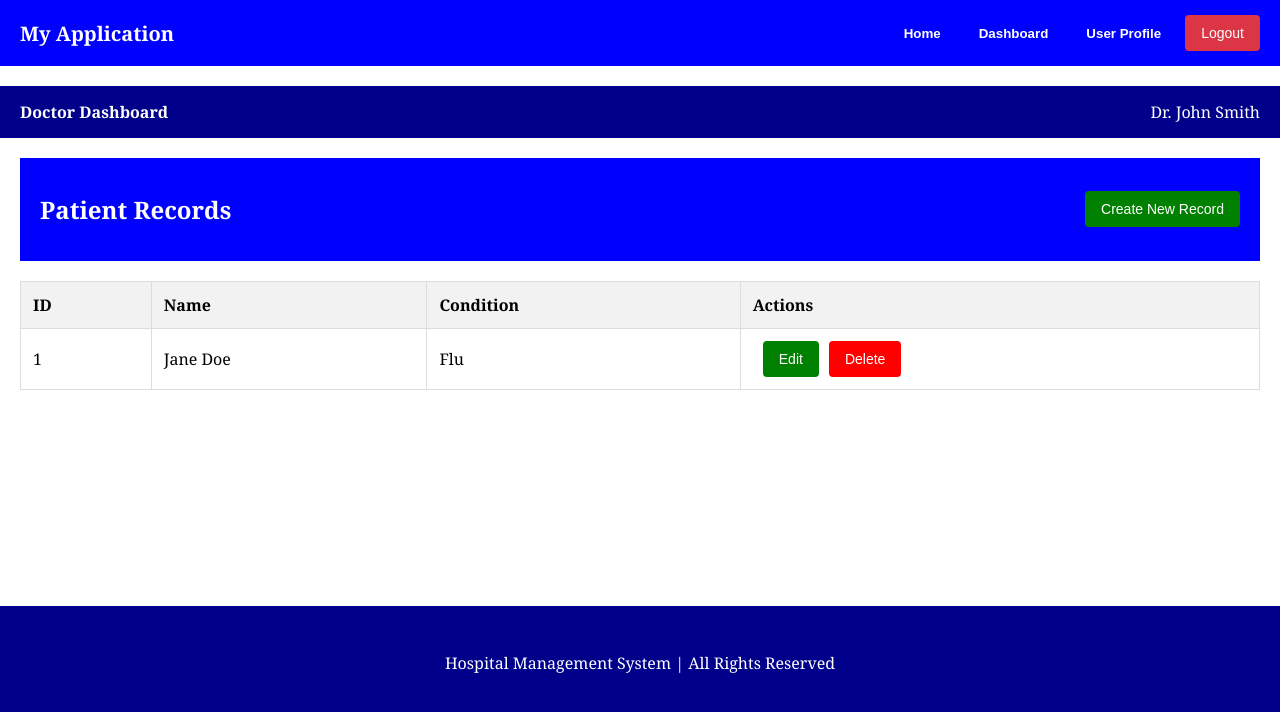
Repository: BinuriJ/HospitalSystem
Page: http://localhost/CyborgSys/DoctorDashboard.jsp
An editor plug-in stored every save of this project. The page is shown before and after the next save, followed by the edit.
The browser window is 1280 px wide. The pictures show the whole page.
The page is served by Tomcat 9.

Above is the page before, as saved 2025-05-09 17:50:04.

### CyborgSys/WebContent/DoctorDashboard.jsp
<%@ page language="java" contentType="text/html; charset=UTF-8" pageEncoding="UTF-8"%>
<%@ include file="DocterDashboardstyles.jsp" %>
<!DOCTYPE html>
<html>
<head>
    <meta charset="UTF-8">
    <title>Doctor Dashboard</title>
    <style>
    	<jsp:include page="footerCss.jsp" />
    </style>
</head>
<body>

<jsp:include page="header.jsp" />

<div class="top-bar">
    <div><strong>Doctor Dashboard</strong></div>
    <div>
        <span>Dr. John Smith</span>
    </div>
</div>



<div class="container">
    <div class="header">
        <h2>Patient Records</h2>
        <button class="btn btn-create">Create New Record</button>
    </div>

    <table>
        <thead>
            <tr>
                <th>ID</th>
                <th>Name</th>
                <th>Condition</th>
                <th>Actions</th>
            </tr>
        </thead>
        <tbody>
            <tr>
                <td>1</td>
                <td>Jane Doe</td>
                <td>Flu</td>
                <td>
                    <div class="actions">
                    	<br>
                        <button class="btn btn-edit">Edit</button>
                        <button class="btn btn-delete">Delete</button>
                    </div>
                </td>
            </tr>
        </tbody>
    </table>
</div>

 <!-- Include the footer -->
        <jsp:include page="footer.jsp" />

</body>
</html>

### CyborgSys/WebContent/DocterDashboardstyles.jsp
<style>
body {
    font-family: Cambria, sans-serif;
    margin: 0;
    background-color: white;
}

.top-bar {
    background-color: darkblue;
    color: white;
    padding: 15px 20px;
    display: flex;
    justify-content: space-between;
    align-items: center;
}

.container {
    padding: 20px;
}

.header {
    display: flex;
    justify-content: space-between;
    align-items: center;
    margin-bottom: 20px;
}

.btn {
    padding: 10px 16px;
    border: none;
    border-radius: 4px;
    cursor: pointer;
    font-size: 14px;
}

.btn-create {
    background-color: green;
    color: white;
}

.btn-edit {
    background-color: green;
    color: white;
}

.btn-delete {
    background-color: red;
    color: white;
}


table {
    width: 100%;
    border-collapse: collapse;
    background-color: white;
}

th, td {
    border: 1px solid #ddd;
    padding: 12px;
    text-align: left;
}

th {
    background-color: #f2f2f2;
}

.actions {
    display: flex;
    gap: 10px;
}
</style>

### CyborgSys/WebContent/footerCss.jsp
<style>

html, body {
    height: 100%; /* Make the html and body take full height of the viewport */
}

body {
    display: flex;
    flex-direction: column; /* Use flexbox to arrange content vertically */
    min-height: 100vh; /* Make body take the full height of the viewport */
}

.container {
    flex: 1; /* Let the main content expand to fill the available space */
}

footer {
    background-color: darkblue; /* Dark background for the footer */
    color: white; /* White text */
    padding: 10px 0; /* Padding for the footer */
    text-align: center; /* Center the footer text */
}

</style>

### CyborgSys/WebContent/header.jsp
<%@ page language="java" contentType="text/html; charset=UTF-8" pageEncoding="UTF-8"%>
<%@ include file="HeaderCss.jsp" %>
<!DOCTYPE html>
<html>
<head>
  <meta charset="UTF-8">
  <title>Common Header</title>
</head>
<body>

<div class="header">
  <div class="logo">My Application</div>
  <div class="nav-buttons">
    <button class="header-btn">Home</button>
    <button class="header-btn">Dashboard</button>
    <button class="header-btn">User Profile</button>
    <button class="btn btn-logout">Logout</button>
  </div>
</div>

</body>
</html>

### CyborgSys/WebContent/HeaderCss.jsp
<style>
body {
  margin: 0;
  font-family: Cambria, sans-serif;
}

.header {
  background-color: blue;
  padding: 15px 20px;
  display: flex;
  justify-content: space-between;
  align-items: center;
  color: white;
}

.logo {
  font-size: 20px;
  font-weight: bold;
}

.nav-buttons {
  display: flex;
  gap: 10px;
}

.header-btn {
  background-color: blue;
  color: white;
  border: none;
  padding: 8px 14px;
  border-radius: 4px;
  cursor: pointer;
  font-weight: bold;
}

.btn:hover {
  background-color: darkblue;
}

.btn-logout {
  background-color: #dc3545;
  color: white;
}

.btn-logout:hover {
  background-color: #c82333;
}
</style>

### CyborgSys/WebContent/footer.jsp
<!-- footer.jsp -->
<footer class="bg-dark text-light py-3">
    <div class="container text-center">
        <p>Hospital Management System | All Rights Reserved</p>
    </div>
</footer>

After the next save:
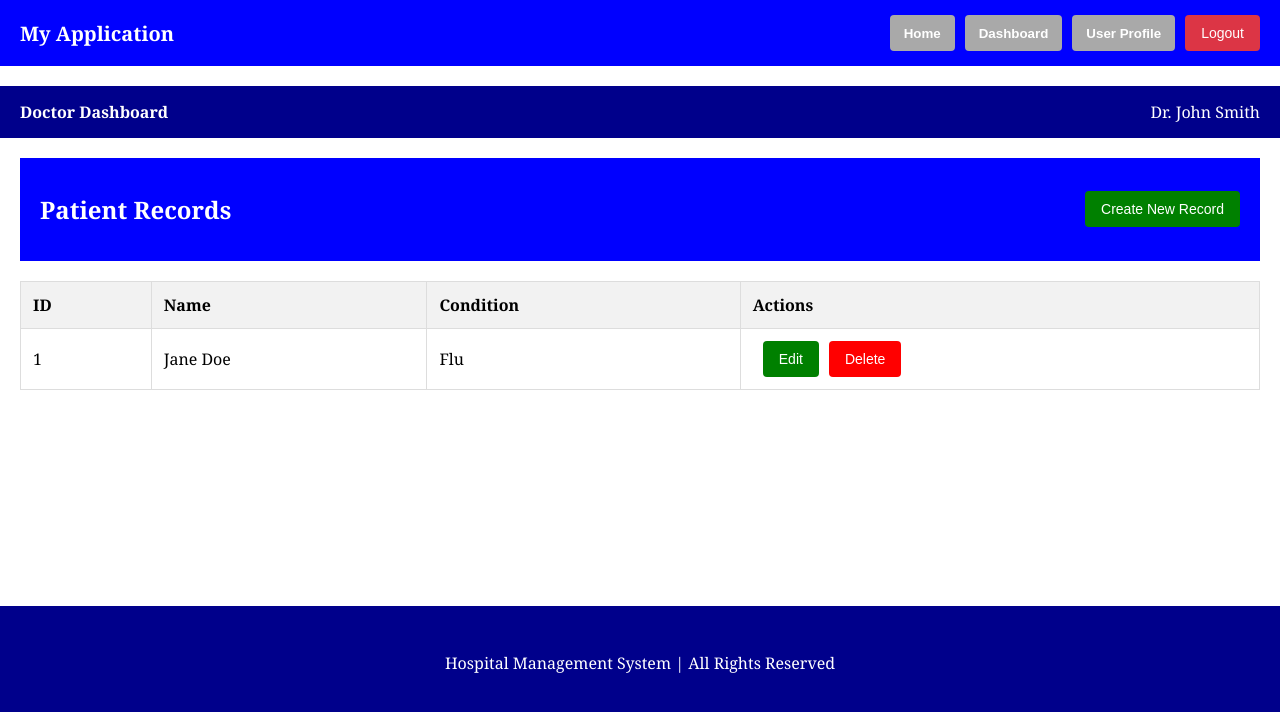
Saved 36 s later.
--- a/CyborgSys/WebContent/HeaderCss.jsp
+++ b/CyborgSys/WebContent/HeaderCss.jsp
@@ -24,7 +24,7 @@
 }
 
 .header-btn {
-  background-color: blue;
+  background-color: darkgrey;
   color: white;
   border: none;
   padding: 8px 14px;

After the save that followed:
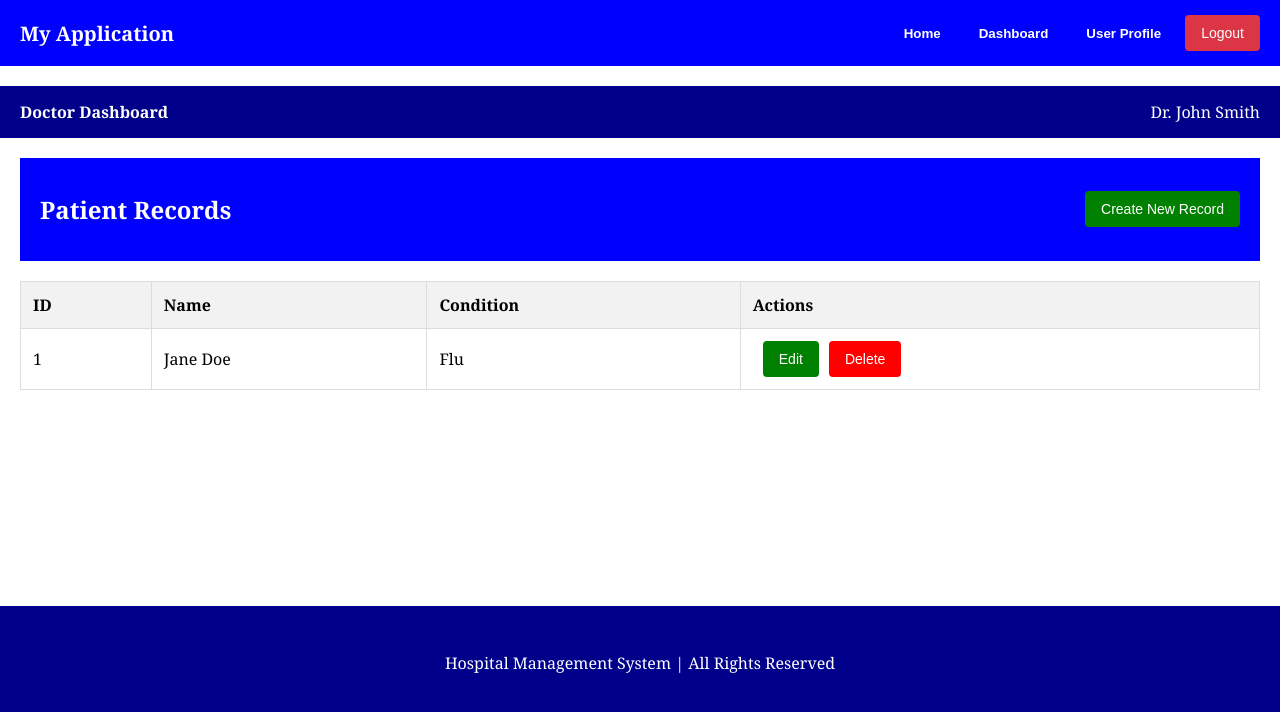
Saved 11 s later.
--- a/CyborgSys/WebContent/HeaderCss.jsp
+++ b/CyborgSys/WebContent/HeaderCss.jsp
@@ -24,7 +24,7 @@
 }
 
 .header-btn {
-  background-color: darkgrey;
+  background-color: blue;
   color: white;
   border: none;
   padding: 8px 14px;
